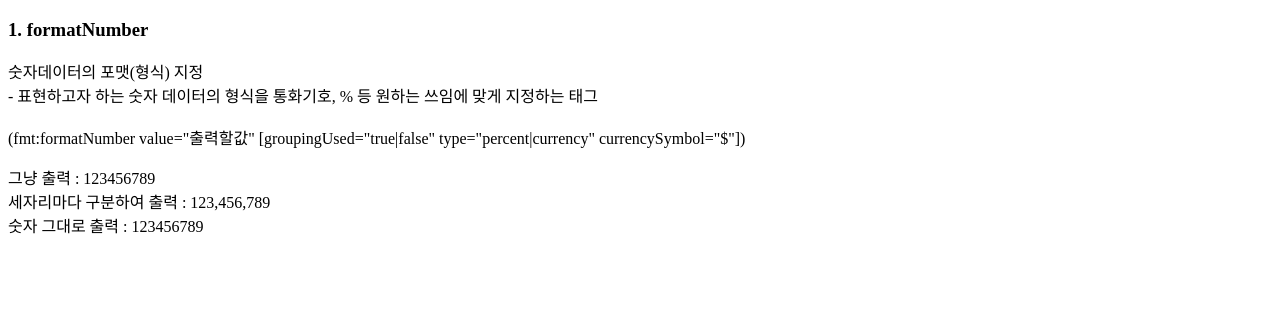
Repository: Young-27/DailyStudy
Page: http://localhost/actionProject/views/3_customAction/02_fmt.jsp
These files come from the project's save history. The page is drawn as it stood at one moment and after the next save; the edit follows.
The browser window is 1280 px wide. The pictures show the whole page.
The page is served by Tomcat 9. Other server files are loaded and not shown.

Above is the page before, as saved 2021-06-18 07:00:42.

### Server/web-workspace2/actionProject/WebContent/views/3_customAction/02_fmt.jsp
<%@ page language="java" contentType="text/html; charset=UTF-8"
    pageEncoding="UTF-8"%>
<%@ taglib prefix="fmt" uri="http://java.sun.com/jsp/jstl/fmt" %>
<%@ taglib prefix="c" uri="http://java.sun.com/jsp/jstl/core" %>
<!DOCTYPE html>
<html>
<head>
<meta charset="UTF-8">
<title>Insert title here</title>
</head>
<body>
	<h3>1. formatNumber</h3>
	<p>
		숫자데이터의 포맷(형식) 지정 <br>
		- 표현하고자 하는 숫자 데이터의 형식을 통화기호, % 등 원하는 쓰임에 맞게 지정하는 태그 <br><br>

		(fmt:formatNumber value="출력할값" [groupingUsed="true|false" type="percent|currency" currencySymbol="$"])
	</p>

	<c:set var="num1" value="123456789"/>
	<c:set var="num2" value="0.75"/>
	<c:set var="num3" value="50000"/>

	그냥 출력 : ${ num1 } <br>
	세자리마다 구분하여 출력 : <fmt:formatNumber value="${ num1 }"/> <br> <!-- groupingUsed 기본값 == true == 구분자 유 -->
	숫자 그대로 출력 : <fmt:formatNumber value="${ num1 }" groupingUsed="false"/> <br><br>
	<!-- groupingUsed : 숫자 단위의 구분자(,) 표시 여부 지정 -->




</body>
</html>

After the next save:
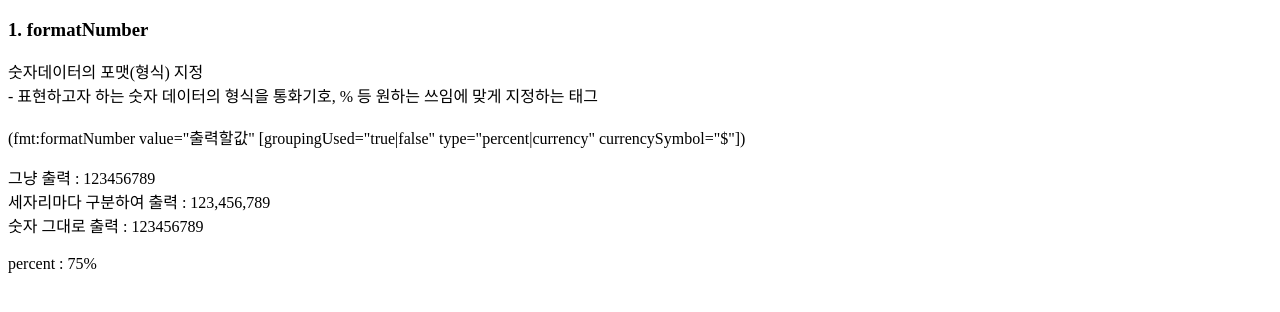
Saved 3 min 30 s later.
--- a/Server/web-workspace2/actionProject/WebContent/views/3_customAction/02_fmt.jsp
+++ b/Server/web-workspace2/actionProject/WebContent/views/3_customAction/02_fmt.jsp
@@ -26,6 +26,14 @@
 	숫자 그대로 출력 : <fmt:formatNumber value="${ num1 }" groupingUsed="false"/> <br><br>
 	<!-- groupingUsed : 숫자 단위의 구분자(,) 표시 여부 지정 -->
 
+	percent : <fmt:formatNumber value="${ num2 }" type="percent"/>
+
+
+
+
+
+
+
 
 
 
